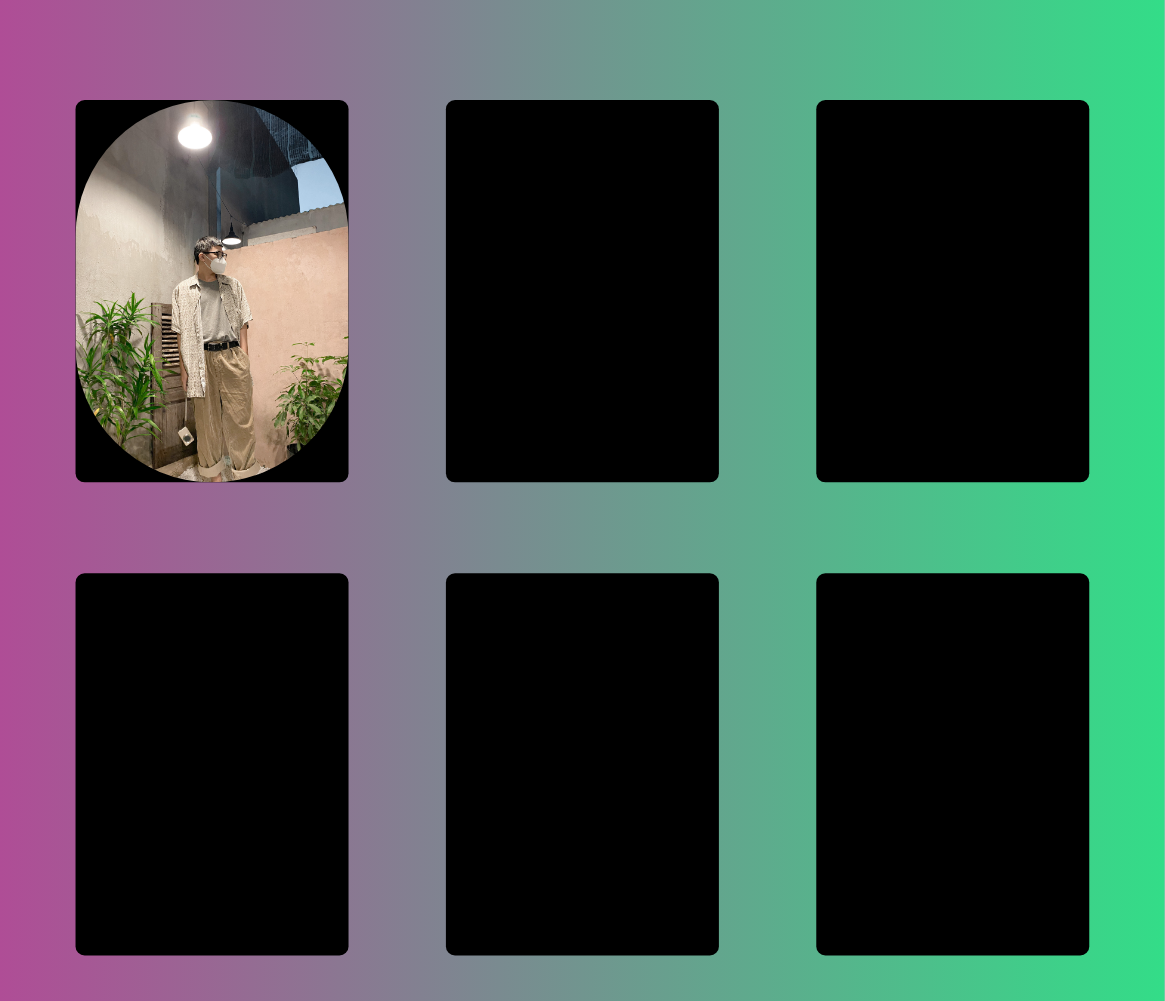
Repository: lausamtuong/profileCard
Page: index.html
These files come from the project's save history. The page is drawn as it stood at one moment and after the next save; the edit follows.
The browser window is 1280 px wide. The pictures show the whole page, at 91% of full size.
The style sheet was rebuilt from its Sass, Less or Tailwind sources for each picture, by a compiler version that may differ from the author's.

Above is the page before, as saved 2021-12-14 15:11:15.

### index.html
<!DOCTYPE html>
<html lang="en">
<head>
    <meta charset="UTF-8">
    <meta http-equiv="X-UA-Compatible" content="IE=edge">
    <meta name="viewport" content="width=device-width, initial-scale=1.0">
    <link rel="stylesheet" href="style.css">
    <title>Document</title>
</head>
<body>
    <div class="card__list">
        <div class="card__item">
            <div class="card__image">
                <img src="tho.jpg" alt="">
            </div>
            <div class="card__name"></div>
            <div class="card__school"></div>
            <div class="card__social"></div>
            <div class="card__btn"></div>
        </div>
        <div class="card__item"></div>
        <div class="card__item"></div>
        <div class="card__item"></div>
        <div class="card__item"></div>
        <div class="card__item"></div>

    </div>
</body>
</html>

### style.scss
*{
    margin: 0;
    padding: 0;
    box-sizing: border-box;
}
body{
    height: 100vh;
    background-image: linear-gradient(to right, #af4d96, #3d8);
}
.card{
    &__list{
        margin: 120px auto;
      display: flex;
      flex-wrap: wrap;
      justify-content: space-around;
      margin: 60px 30px;
    }
    &__item{
        width:300px;
        height:420px;
        background-color: #000;
        margin: 50px 20px;
        border-radius: 10px;
    }
    &__image{
        width:100%;
        height: 100%;
        img{
            width:100%;
            height: 100%;
            display: block;
            border-radius: 100rem;
            object-fit: cover;
            object-position: center;
        }
    }

}

After the next save:
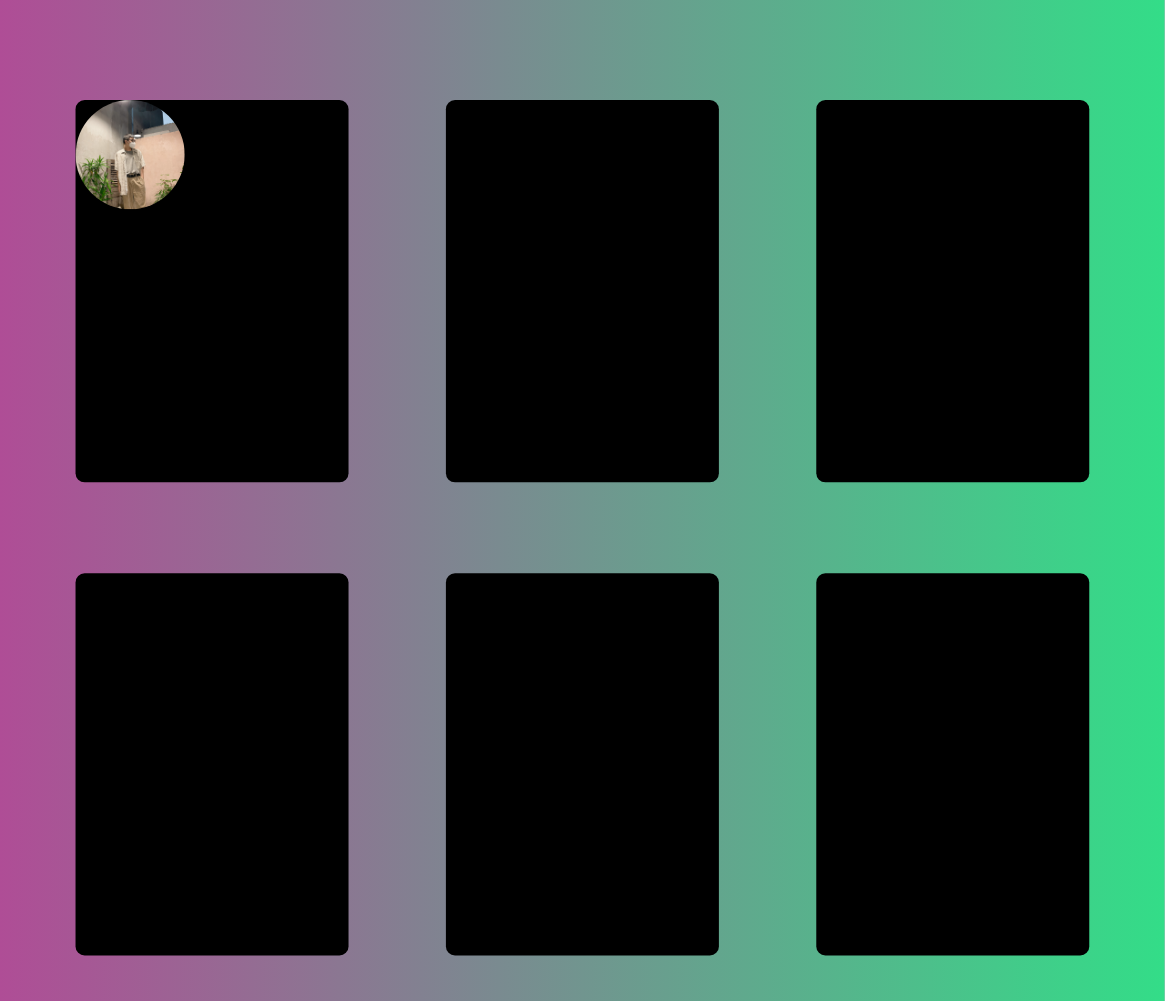
Saved 19 s later.
--- a/style.scss
+++ b/style.scss
@@ -23,8 +23,8 @@ body{
         border-radius: 10px;
     }
     &__image{
-        width:100%;
-        height: 100%;
+        width: 120px;
+        height: 120px;
         img{
             width:100%;
             height: 100%;
